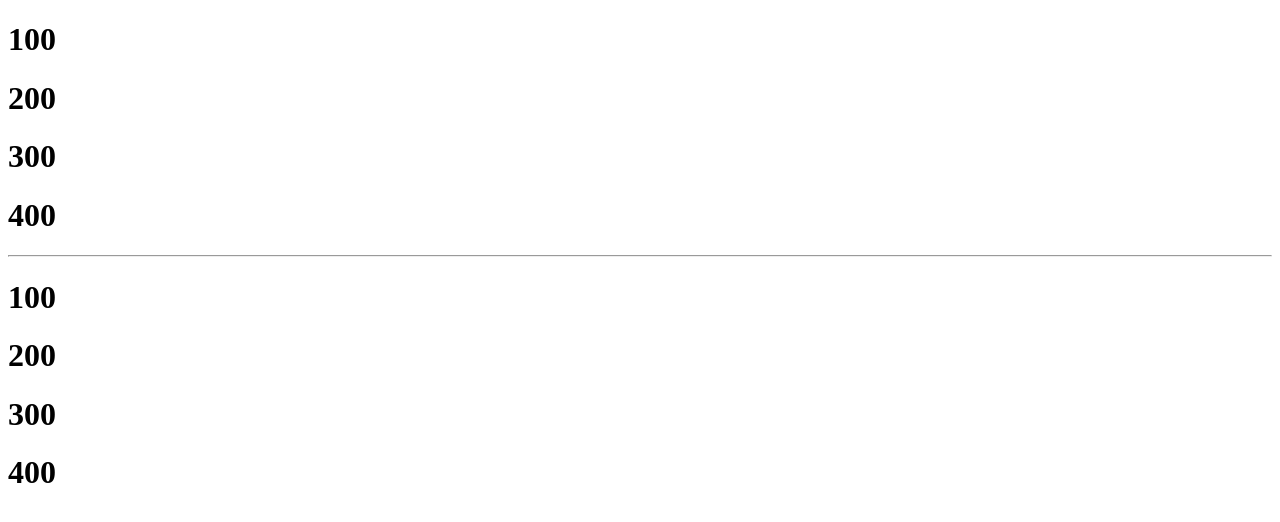
Repository: PankajSutharPersistent/vm-backup
Page: workspaceJavaScript/JSDemo/step-19.html
These files come from the project's save history. The page is drawn as it stood at one moment and after the next save; the edit follows.
The browser window is 1280 px wide. The pictures show the whole page.

Above is the page before, as saved 2016-12-30 04:56:48.

### workspaceJavaScript/JSDemo/step-19.html
<!doctype html>
<html lang="en">
<head>
	<meta charset="UTF-8" />
	<title>Document</title>
	<script type="text/javascript" charset="utf-8">

		function withoutClosure(){
			var date=new Date();
			return date.getMilliseconds();
		};

		function withClosure(){
			var date=new Date();
			return function(){
			return date.getMilliseconds();
			}
		};

		document.addEventListener("DOMContentLoaded",function(){

			var count1=1;
			var count2=1;

			var box1=document.getElementById("box1");
			var box2=document.getElementById("box2");

			var si1=setInterval(function(){
				var wc=withClosure();
				if(count1<5)
				{
					box1.innerHTML +="<h1>"+wc()+"</h1>"
					count1++;
				}
				else
				{
					clearInterval(si1);
				}
			},100);

			var si2=setInterval(function(){
				if(count2<5)
				{
					box2.innerHTML +="<h1>"+withoutClosure()+"</h1>"
					count2++;
				}
				else
				{
					clearInterval(si2);
				}
			},100);


		});
	</script>
</head>
<body>
	<div id="box1"></div>
	<hr />
	<div id="box2"></div>

</body>
</html>

After the next save:
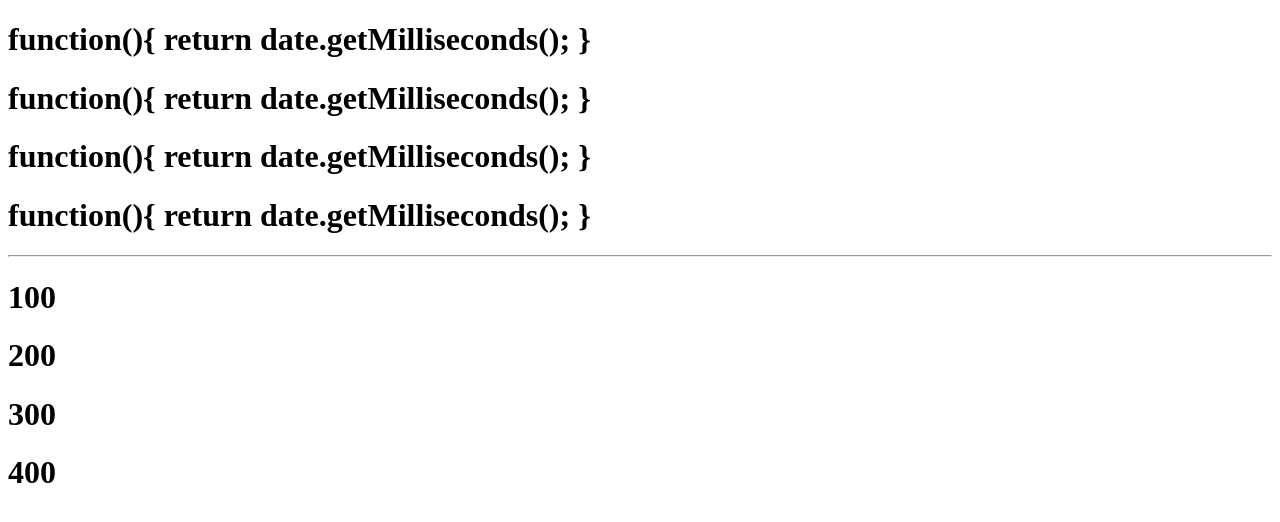
Saved 35 s later.
--- a/workspaceJavaScript/JSDemo/step-19.html
+++ b/workspaceJavaScript/JSDemo/step-19.html
@@ -29,7 +29,7 @@
 				var wc=withClosure();
 				if(count1<5)
 				{
-					box1.innerHTML +="<h1>"+wc()+"</h1>"
+					box1.innerHTML +="<h1>"+wc+"</h1>"
 					count1++;
 				}
 				else

After the save that followed:
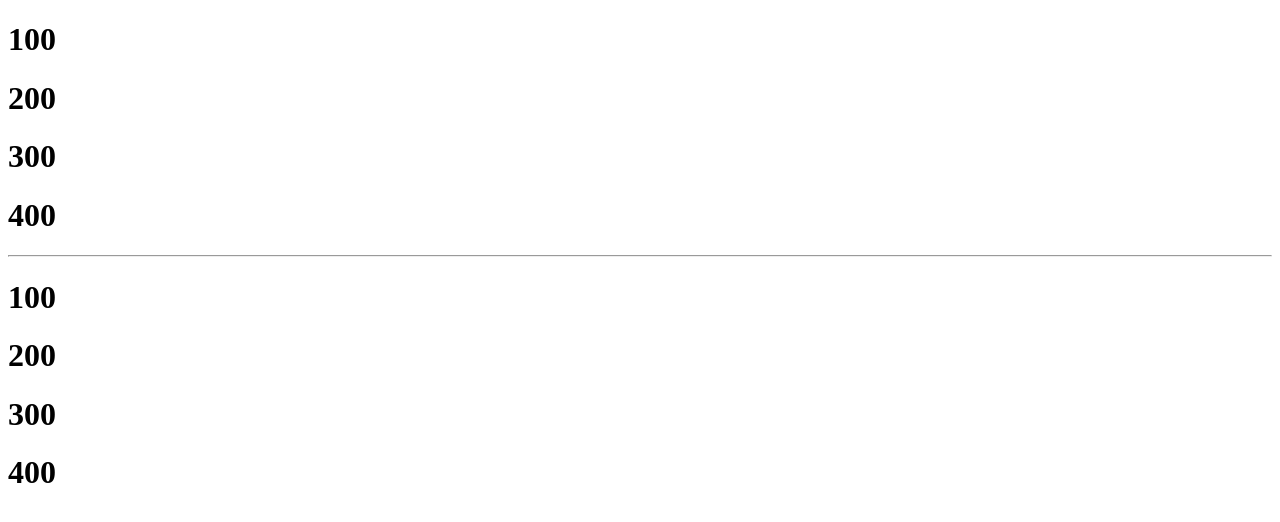
Saved 7 s later.
--- a/workspaceJavaScript/JSDemo/step-19.html
+++ b/workspaceJavaScript/JSDemo/step-19.html
@@ -29,7 +29,7 @@
 				var wc=withClosure();
 				if(count1<5)
 				{
-					box1.innerHTML +="<h1>"+wc+"</h1>"
+					box1.innerHTML +="<h1>"+wc()+"</h1>"
 					count1++;
 				}
 				else
